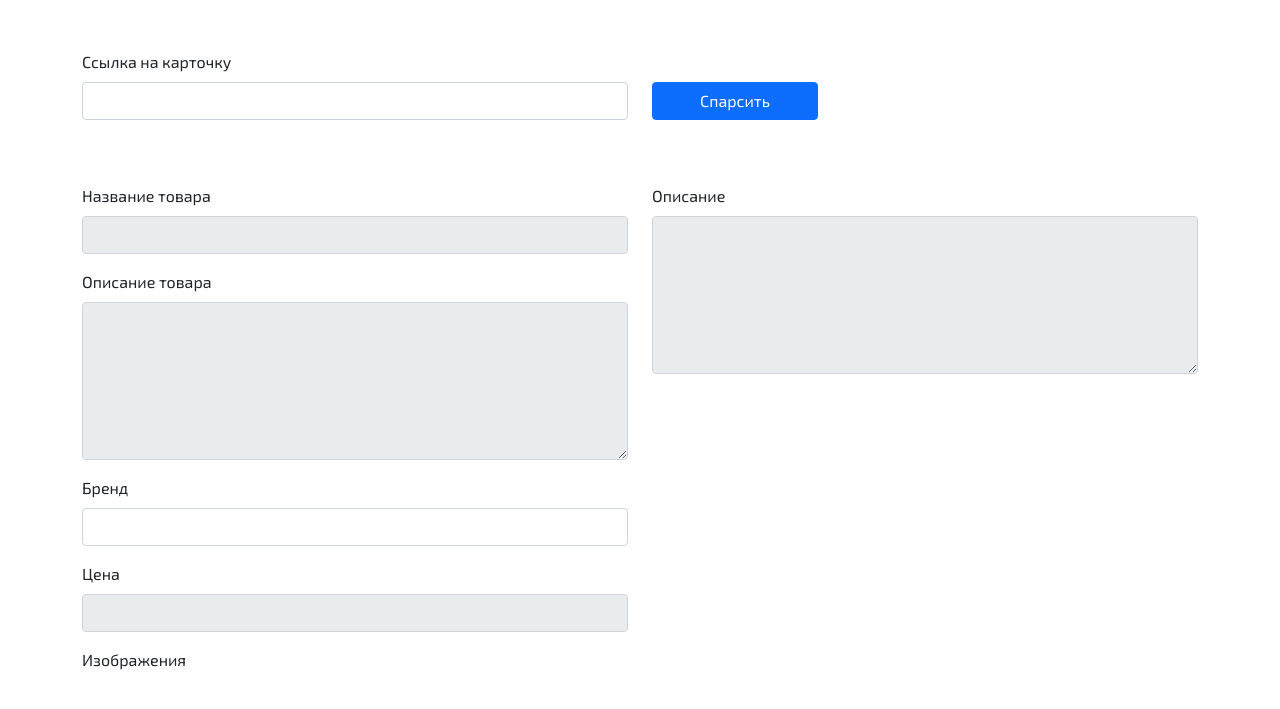
Repository: yozuul/wildberries-product-card-parser-api-exchange
Page: public/index.html
The author's editor kept a copy of each file at every save. The page is drawn from the files as they stood at one save, then again after the next save.
The browser window is 1280 px wide. The pictures show the whole page.

Above is the page before, as saved 2021-08-18 20:13:19.

After the next save:
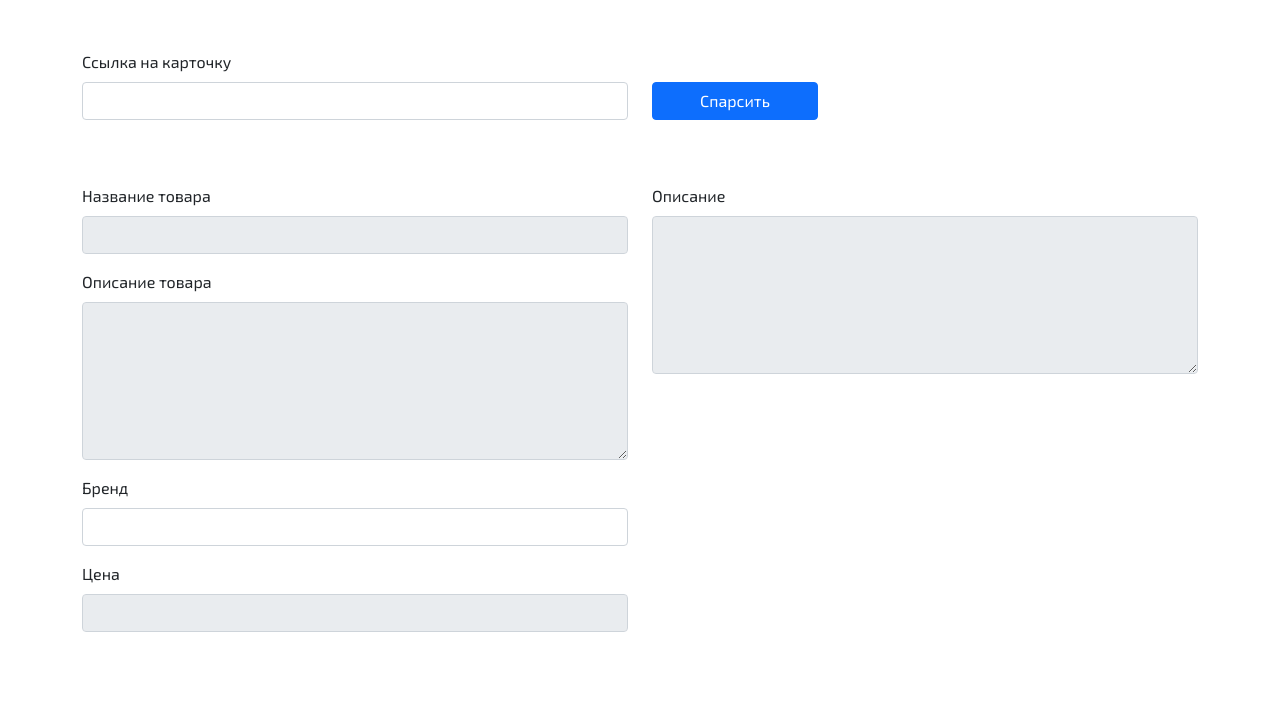
Saved 13 s later.
--- a/public/style.css
+++ b/public/style.css
@@ -8,7 +8,9 @@ body {
    padding: 0;
    margin: 0;
 }
-
+.dn {
+   display: none;
+}
 .parser_form_wrapper {
    margin-top: 50px;
 }
